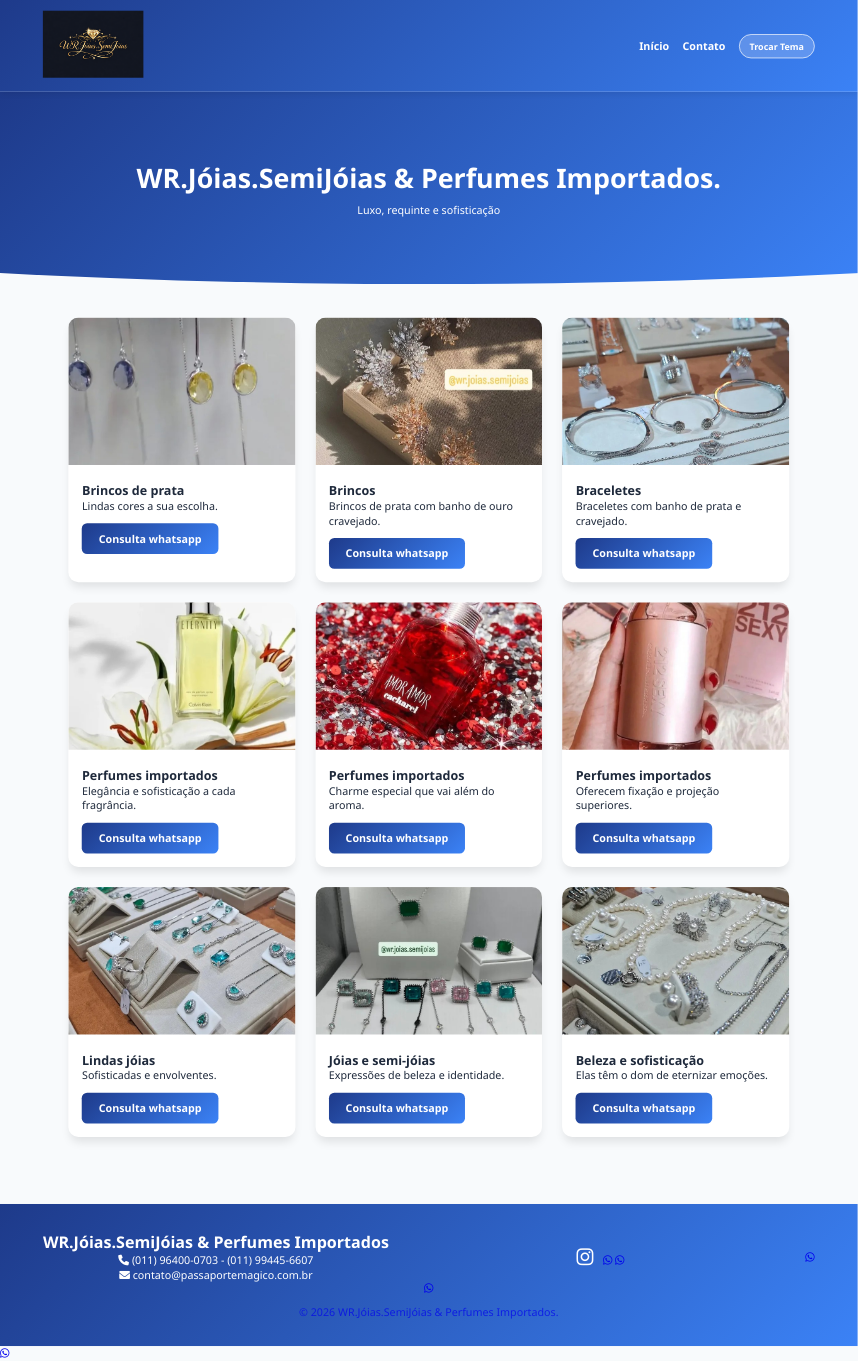
Repository: Sandro1969-tech/joias-perfumes
Page: index.html
These files come from the project's save history. The page is drawn as it stood at one moment and after the next save; the edit follows.
The browser window is 1280 px wide. The pictures show the whole page, at 67% of full size.

Above is the page before, as saved 2026-01-28 17:26:19.

### index.html
<!DOCTYPE html>
<html lang="pt-br">
<head>
    <meta charset="UTF-8">
    <meta name="viewport" content="width=device-width, initial-scale=1.0">
    <title>WR.Jóias.SemiJóias & Perfumes Importados</title>
    <link rel="stylesheet" href="https://cdnjs.cloudflare.com/ajax/libs/font-awesome/6.0.0/css/all.min.css">
    <link rel="shortcut icon" href="assets/image/icone.png" type="image/x-icon">

    <style>
        /* VARIÁVEIS DE CORES */
        :root {
            --primary-gradient: linear-gradient(135deg, #1e3a8a, #3b82f6);
            --bg-color: #f8fafc;
            --text-color: #1e293b;
            --card-bg: #ffffff;
            --accent-color: #60a5fa;
            --button-hover: #2563eb;
        }

        [data-theme="dark"] {
            --bg-color: #0f172a;
            --text-color: #f1f5f9;
            --card-bg: #1e293b;
            --accent-color: #3b82f6;
        }

        /* RESET E GERAL */
        * {
            margin: 0; padding: 0; box-sizing: border-box;
            transition: background 0.4s ease, color 0.4s ease;
            font-family: 'Segoe UI', Tahoma, sans-serif;
        }

        body {
            background-color: var(--bg-color);
            color: var(--text-color);
        }

        /* HEADER E MENU */
        header {
            background: var(--primary-gradient);
            padding: 1rem 5%;
            display: flex;
            justify-content: space-between;
            align-items: center;
            position: sticky; top: 0; z-index: 1000;
            box-shadow: 0 4px 10px rgba(0,0,0,0.1);
        }

        .logo img { height: 100px; }

        .nav-container { display: flex; align-items: center; gap: 20px; }

        .nav-links { display: flex; list-style: none; gap: 20px; }

        .nav-links a {
            color: white; text-decoration: none; font-weight: bold;
            transition: 0.3s;
        }
        .nav-links a:hover { color: var(--accent-color); padding-left: 5px; }

        /* BOTÃO TEMA */
        #theme-toggle {
            background: rgba(255,255,255,0.2);
            border: 1px solid white;
            color: white;
            padding: 8px 15px;
            border-radius: 20px;
            cursor: pointer;
            font-weight: bold;
        }

        /* HERO SECTION */
        .hero {
            text-align: center;
            padding: 100px 20px;
            background: var(--primary-gradient);
            color: white;
            clip-path: ellipse(150% 100% at 50% 0%);
        }

        .hero h1 { font-size: 2.5rem; margin-bottom: 10px; }

        /* GRID DE 3 COLUNAS (CORRIGIDO) */
        .destinos-container {
            display: grid;
            grid-template-columns: repeat(3, 1fr); /* 3 colunas fixas no desktop */
            gap: 30px;
            padding: 50px 8%;
            max-width: 1400px;
            margin: 0 auto;
        }

        .card {
            background: var(--card-bg);
            border-radius: 15px;
            overflow: hidden;
            box-shadow: 0 10px 15px -3px rgba(0,0,0,0.1);
            transition: transform 0.3s ease;
        }

        .card:hover { transform: translateY(-10px); }

        .card img { width: 100%; height: 220px; object-fit: cover; }

        .card-content { padding: 20px; }

        /* BOTÕES COM MOVIMENTO SUAVE (CORRIGIDO) */
        .btn-reserva {
            display: inline-block;
            margin-top: 15px;
            padding: 12px 25px;
            background: var(--primary-gradient);
            color: white;
            text-decoration: none;
            border-radius: 8px;
            font-weight: bold;
            transition: all 0.4s cubic-bezier(0.175, 0.885, 0.32, 1.275);
        }

        .btn-reserva:hover {
            background: var(--button-hover);
            transform: scale(1.05) translateX(10px); /* Movimenta para o lado suavemente */
            box-shadow: 0 5px 15px rgba(59, 130, 246, 0.4);
        }

        /* RODAPÉ */
        footer {
            background: var(--primary-gradient);
            color: white;
            padding: 40px 5%;
            text-align: center;
            margin-top: 50px;
        }

        .footer-content {
            display: flex; justify-content: space-between;
            align-items: center; flex-wrap: wrap; gap: 20px;
        }

        .social-icon {
            color: white; font-size: 1.8rem; margin: 0 10px;
            transition: 0.4s; display: inline-block;
        }
        .social-icon:hover { transform: translateY(-8px); color: var(--accent-color); }

        /* RESPONSIVIDADE */
        @media (max-width: 1024px) { .destinos-container { grid-template-columns: repeat(2, 1fr); } }
        @media (max-width: 768px) {
            .destinos-container { grid-template-columns: 1fr; }
            .nav-links { display: none; } /* Simplificado para focar no erro anterior */
        }
    </style>
</head>
<body>

    <header>
        <div class="logo">
            <img src="assets/image/logo.png" alt="Passaporte Mágico">
        </div>
        <nav class="nav-container">
            <ul class="nav-links">
                <li><a href="#">Início</a></li>

                <li><a href="#">Contato</a></li>
            </ul>
            <button id="theme-toggle">Trocar Tema</button>
        </nav>
    </header>

    <section class="hero">
        <h1>WR.Jóias.SemiJóias & Perfumes Importados.</h1>
        <p>Luxo, requinte e sofisticação</p>
    </section>

    <main class="destinos-container">
        <div class="card">
            <img src="assets/image/joia1.png" alt="Brincos">
            <div class="card-content">
                <h3>Brincos de prata</h3>
                <p>Lindas cores a sua escolha.</p>
                <a href="#" class="btn-reserva">Consulta whatsapp</a>
            </div>
        </div>
        <div class="card">
            <img src="assets/image/joia4.png" alt="Brincos">
            <div class="card-content">
                <h3>Brincos</h3>
                <p>Brincos de prata com banho de ouro cravejado.</p>
                <a href="#" class="btn-reserva">Consulta whatsapp</a>
            </div>
        </div>
        <div class="card">
            <img src="assets/image/joia5.png" alt="Bracelete">
            <div class="card-content">
                <h3>Braceletes</h3>
                <p>Braceletes com banho de prata e cravejado.</p>
                <a href="#" class="btn-reserva">Consulta whatsapp</a>
            </div>
        </div>
        <div class="card">
            <img src="assets/image/eternity.png" alt="Perfume">
            <div class="card-content">
                <h3>Perfumes importados</h3>
                <p>Elegância e sofisticação a cada fragrância.</p>
                <a href="#" class="btn-reserva">Consulta whatsapp</a>
            </div>
        </div>
        <div class="card">
            <img src="assets/image/cacharrel.png" alt="Perfume">
            <div class="card-content">
                <h3>Perfumes importados</h3>
                <p>Charme especial que vai além do aroma.</p>
                <a href="#" class="btn-reserva">Consulta whatsapp</a>
            </div>
        </div>
        <div class="card">
            <img src="assets/image/sexy.png" alt="Perfume">
            <div class="card-content">
                <h3>Perfumes importados</h3>
                <p>Oferecem fixação e projeção superiores.</p>
                <a href="#" class="btn-reserva">Consulta whatsapp</a>
            </div>
                        </div>


<div class="card">
    <img src="assets/image/joia7.png" alt="joias">
    <div class="card-content">
        <h3>Lindas jóias</h3>
        <p>Sofisticadas e envolventes.</p>
        <a href="#" class="btn-reserva">Consulta whatsapp</a>
    </div>
</div>

<div class="card">
    <img src="assets/image/joia8.png" alt="joias">
    <div class="card-content">
        <h3>Jóias e semi-jóias</h3>
        <p>Expressões de beleza e identidade.</p>
        <a href="#" class="btn-reserva">Consulta whatsapp</a>
    </div>
</div>

<div class="card">
    <img src="assets/image/perola.png" alt="joias">
    <div class="card-content">
        <h3>Beleza e sofisticação</h3>
        <p>Elas têm o dom de eternizar emoções.</p>
        <a href="#" class="btn-reserva">Consulta whatsapp</a>
    </div>
</div>
    </main>

    <footer>
        <div class="footer-content">
            <div class="footer-info">
                <h2>WR.Jóias.SemiJóias & Perfumes Importados</h2>
                <p><i class="fas fa-phone"></i> (011) 96400-0703 - (011) 99445-6607</p>
                <p><i class="fas fa-envelope"></i> contato@passaportemagico.com.br</p>
            </div>
            <div class="footer-socials">
                <a href="https://www.instagram.com/wr.joias.semijoias?igsh=MTc0eHdubjJiMHdxeQ==" class="social-icon"><i class="fab fa-instagram"></i></a>
                <a href="+5511994456607"><i class="fab fa-whatsapp"></i></a>
                <a href="https://wa.me/5511964000703" target="_blank">
   <i class="fab fa-whatsapp"
</a>
            </div>
        </div>
        <p style="margin-top:20px; opacity:0.7;">&copy; 2026 WR.Jóias.SemiJóias & Perfumes Importados.</p>
    </footer>

    <script>
        const themeBtn = document.getElementById('theme-toggle');
        const body = document.body;

        themeBtn.onclick = () => {
            if (body.hasAttribute('data-theme')) {
                body.removeAttribute('data-theme');
                localStorage.setItem('theme', 'light');
                themeBtn.innerText = "Trocar Tema";
            } else {
                body.setAttribute('data-theme', 'dark');
                localStorage.setItem('theme', 'dark');
                themeBtn.innerText = "Modo Claro";
            }
        };

        // Verifica preferência salva
        if (localStorage.getItem('theme') === 'dark') {
            body.setAttribute('data-theme', 'dark');
            themeBtn.innerText = "Modo Claro";
        }
    </script>
</body>
</html>

After the next save:
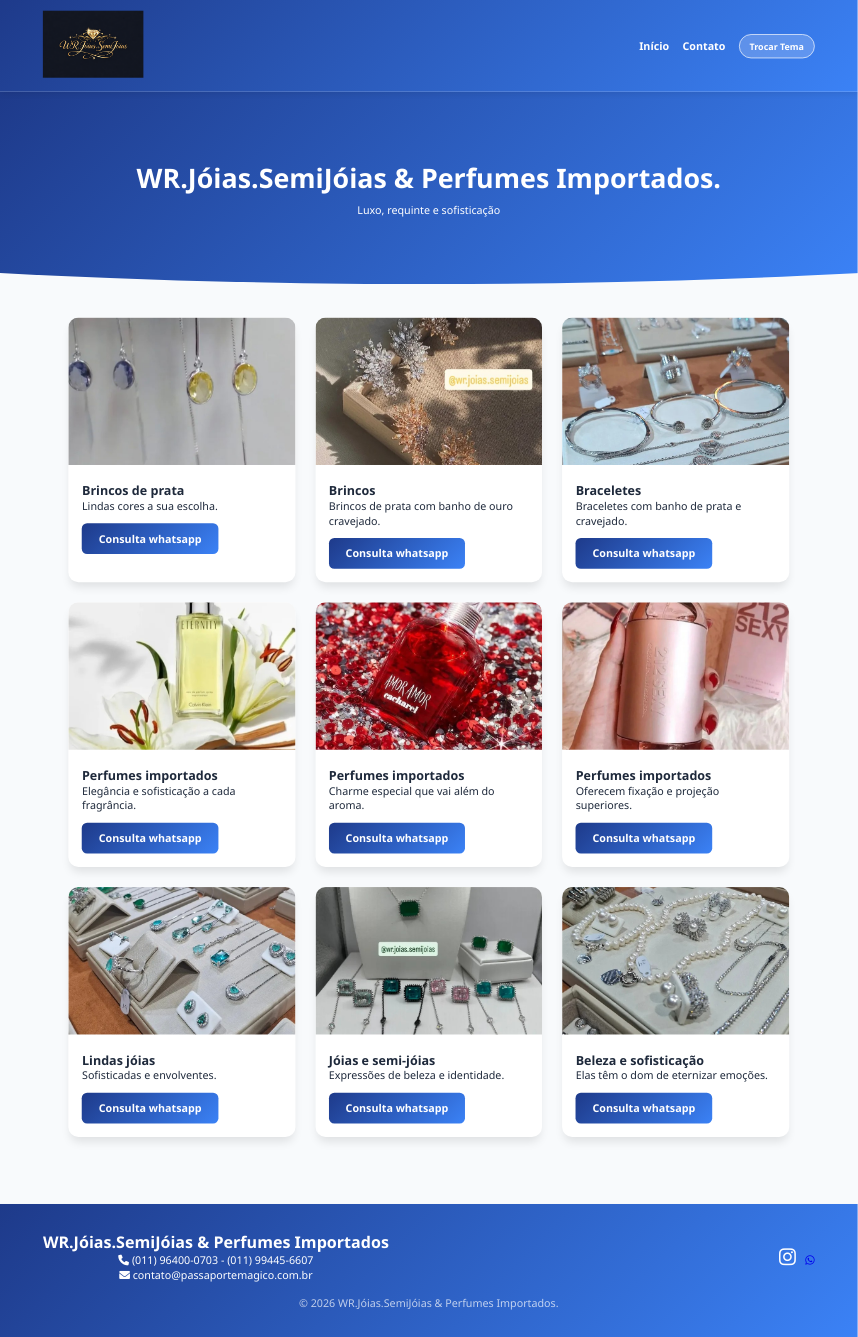
Saved 4 s later.
--- a/index.html
+++ b/index.html
@@ -264,7 +264,7 @@
                 <a href="https://www.instagram.com/wr.joias.semijoias?igsh=MTc0eHdubjJiMHdxeQ==" class="social-icon"><i class="fab fa-instagram"></i></a>
                 <a href="+5511994456607"><i class="fab fa-whatsapp"></i></a>
                 <a href="https://wa.me/5511964000703" target="_blank">
-   <i class="fab fa-whatsapp"
+
 </a>
             </div>
         </div>
